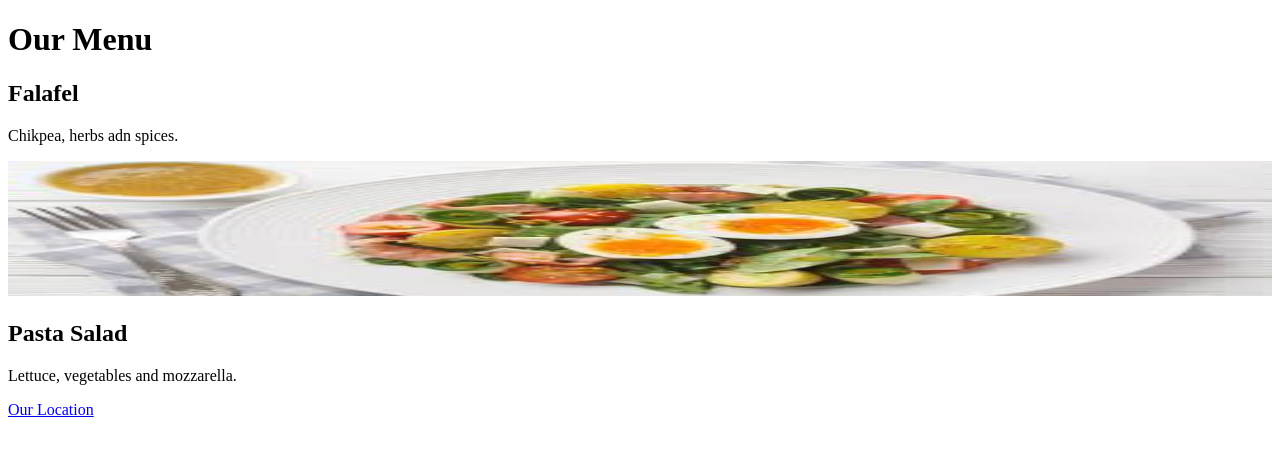
Repository: GiraldoNainggolan/Meta-Coursera
Page: Pengembang Front-End Meta/Modul 2/Mencoba/index.html
These files come from the project's save history. The page is drawn as it stood at one moment and after the next save; the edit follows.
The browser window is 1280 px wide. The pictures show the whole page.

Above is the page before, as saved 2025-01-26 00:03:07.

After the next save:
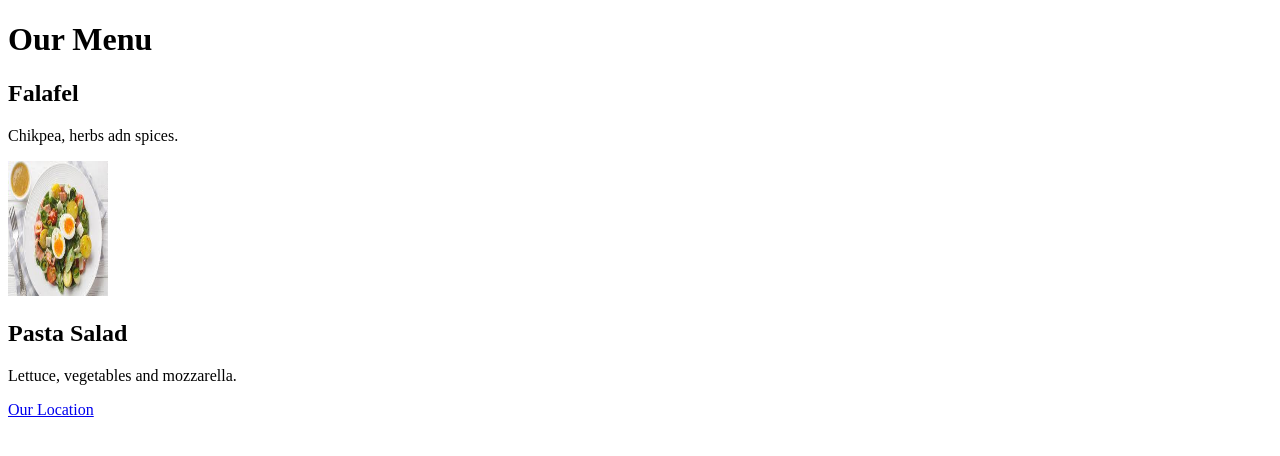
Saved 6 s later.
--- a/Pengembang Front-End Meta/Modul 2/Mencoba/index.html
+++ b/Pengembang Front-End Meta/Modul 2/Mencoba/index.html
@@ -7,7 +7,7 @@
         <h1>Our Menu</h1>
         <h2>Falafel</h2>
         <p>Chikpea, herbs adn spices.</p>
-        <img src="salad.jpg" alt="gambar" width="100%" height="135">
+        <img src="salad.jpg" alt="gambar" width="100em" height="135">
         <h2>Pasta Salad</h2>
         <p>Lettuce, vegetables and mozzarella.</p>
         <a href="location.html">Our Location</a>
